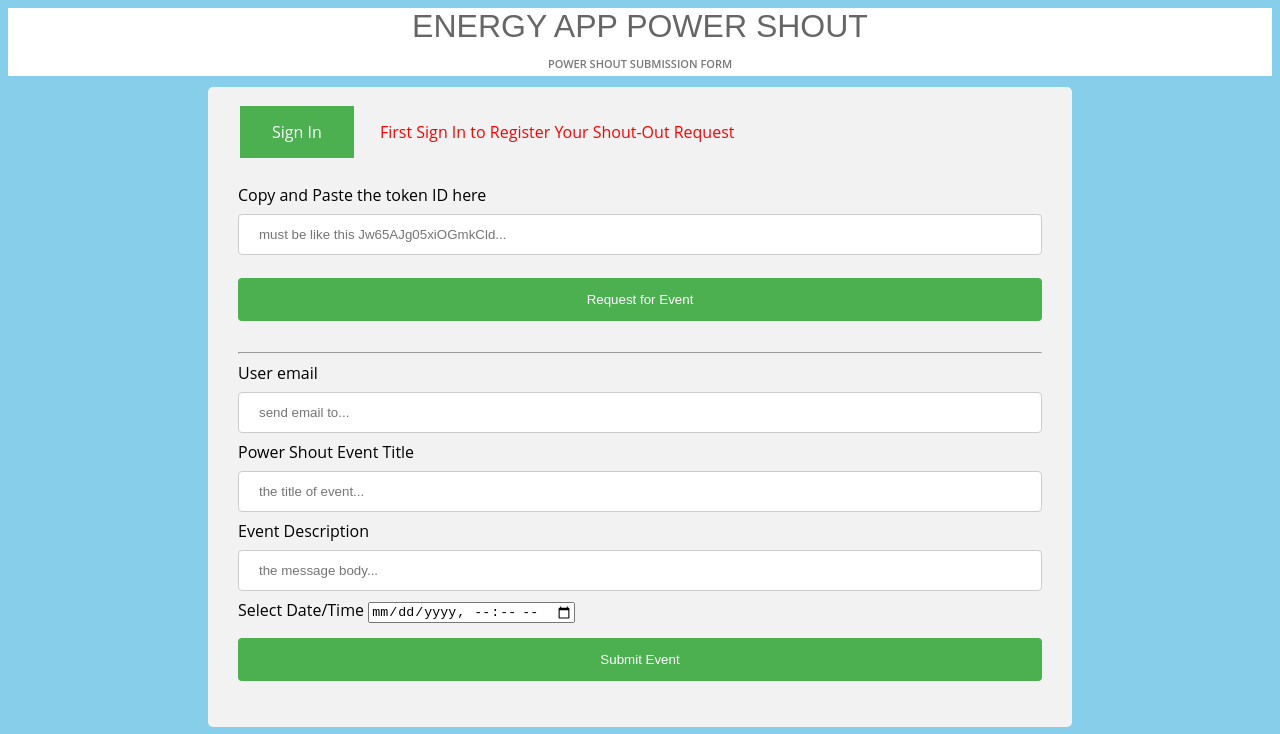
Repository: shahg05/PowerShout-App
Page: src/public/views/index.html
These files come from the project's save history. The page is drawn as it stood at one moment and after the next save; the edit follows.
The browser window is 1280 px wide. The pictures show the whole page.

Above is the page before, as saved 2020-10-30 02:30:40.

After the next save:
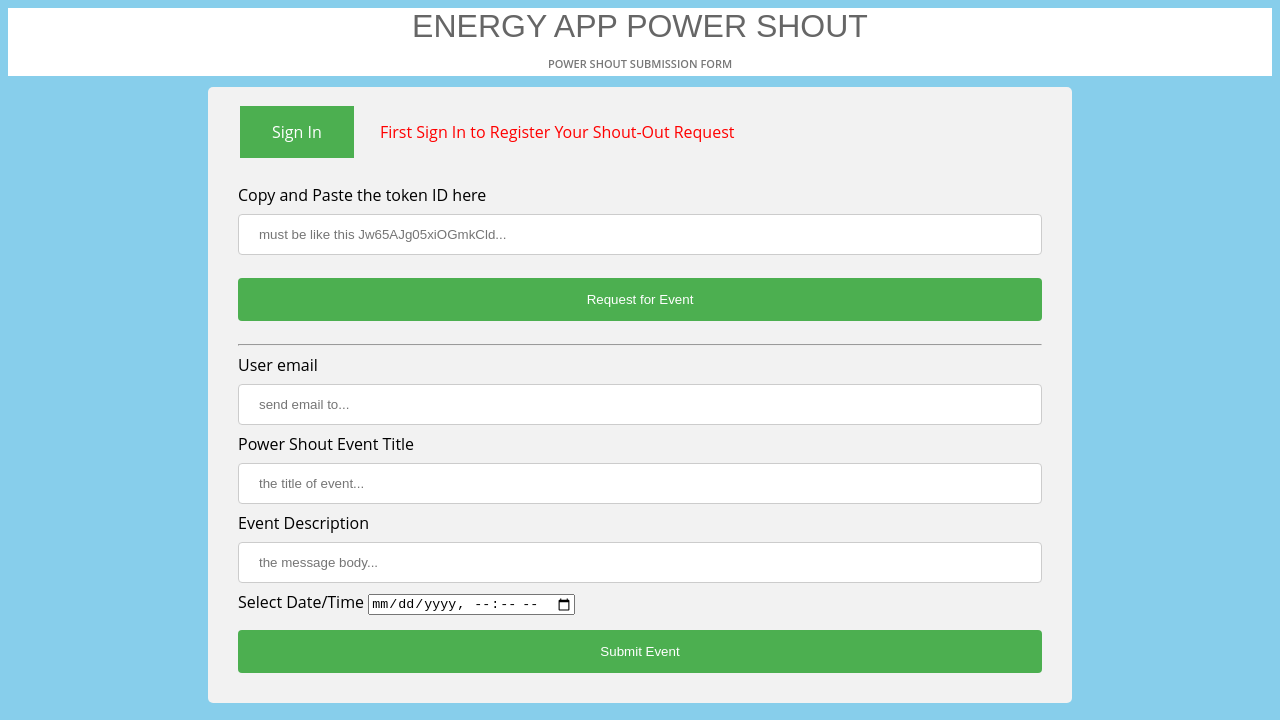
Saved 7 min 30 s later.
--- a/src/public/views/index.html
+++ b/src/public/views/index.html
@@ -1,3 +1,4 @@
+<!DOCTYPE html>
 <html lang="en">
 <head>
   <meta charset="UTF-8">
